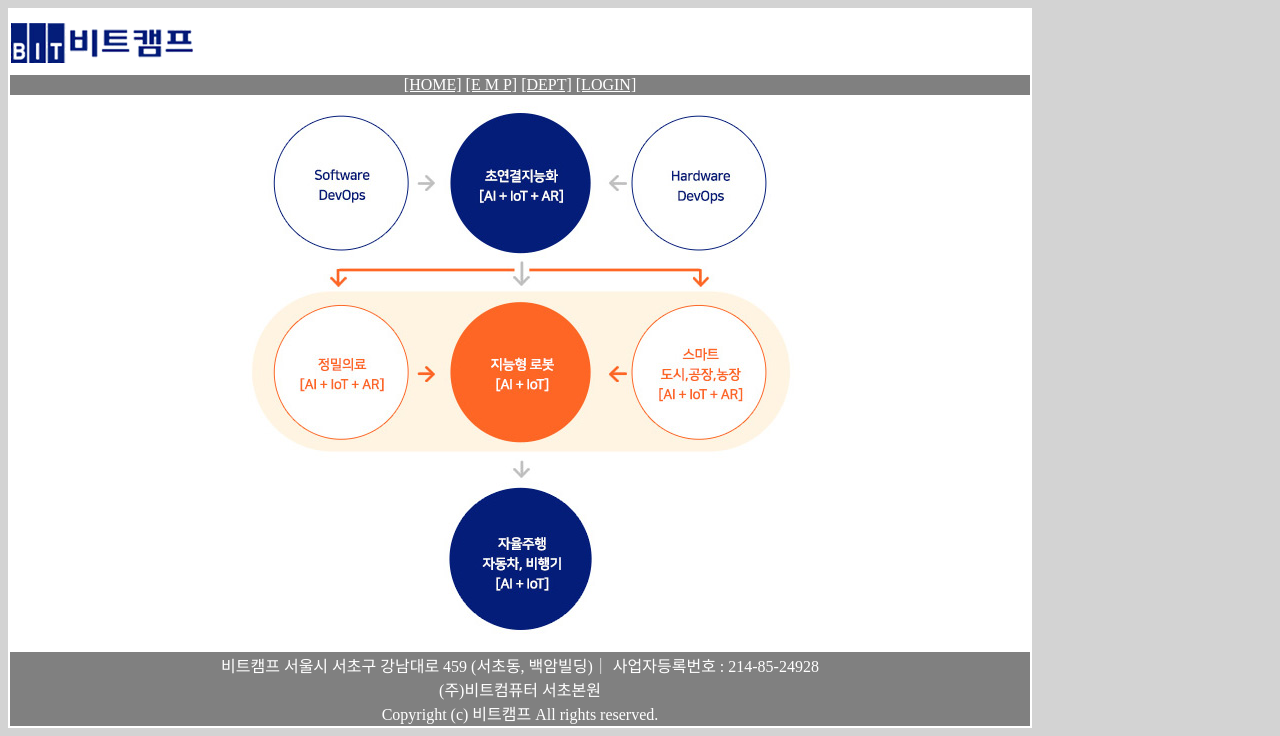
Repository: Deepsky110/LectureNotes
Page: http://localhost/web05/
An editor plug-in stored every save of this project. The page is shown before and after the next save, followed by the edit.
The browser window is 1280 px wide. The pictures show the whole page.
The page is served by Tomcat 9.

Above is the page before, as saved 2020-07-03 01:09:41.

### web05/WebContent/index.jsp
<%@ page language="java" contentType="text/html; charset=EUC-KR"
    pageEncoding="EUC-KR"%>
<!DOCTYPE html PUBLIC "-//W3C//DTD HTML 4.01 Transitional//EN" "http://www.w3.org/TR/html4/loose.dtd">
<html>
<head>
<meta http-equiv="Content-Type" content="text/html; charset=EUC-KR">
<title>Insert title here</title>
</head>
<body bgcolor="lightgray">
	<table width="1024" align="center:" bgcolor="white">
		<tr>
			<td>
			<img src="img/logo.png">
			</td>
		</tr>
		<tr>
			<td align="center" bgcolor="gray">
				<font color="white">
				<a href="index.jps" style="color:white;">[HOME]</a>
				<a href="emp/list.jsp" style="color:white;">[E M P]</a>
				<a href="dept/list.jsp" style="color:white;">[DEPT]</a>
				<a href="login/form.jsp" style="color:white;">[LOGIN]</a>
				</font>
			</td>
		</tr>
		<tr>
			<td align="center">
				<!-- cotent start -->
				<img alt="" src="img/img01.jpg">
				<!-- cotent end -->
			</td>
		</tr>
		<tr>
			<td bgcolor="gray" align="center">
				<font color="white">
				비트캠프 서울시 서초구 강남대로 459 (서초동, 백암빌딩)｜ 사업자등록번호 : 214-85-24928<br>
				(주)비트컴퓨터 서초본원<br>
				Copyright (c) 비트캠프 All rights reserved.<br>
				</font>
			</td>
		</tr>
	</table>
</body>
</html>

After the next save:
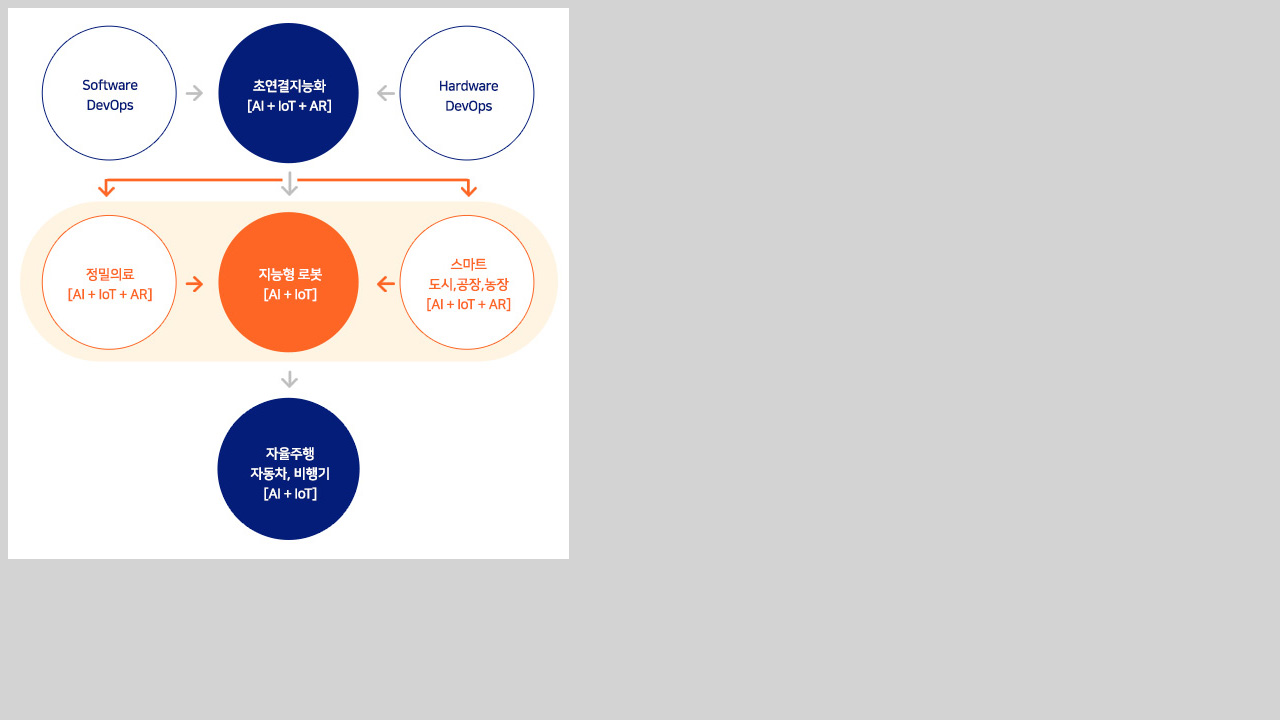
Saved 2 min 15 s later.
--- a/web05/WebContent/index.jsp
+++ b/web05/WebContent/index.jsp
@@ -7,38 +7,7 @@
 <title>Insert title here</title>
 </head>
 <body bgcolor="lightgray">
-	<table width="1024" align="center:" bgcolor="white">
-		<tr>
-			<td>
-			<img src="img/logo.png">
-			</td>
-		</tr>
-		<tr>
-			<td align="center" bgcolor="gray">
-				<font color="white">
-				<a href="index.jps" style="color:white;">[HOME]</a>
-				<a href="emp/list.jsp" style="color:white;">[E M P]</a>
-				<a href="dept/list.jsp" style="color:white;">[DEPT]</a>
-				<a href="login/form.jsp" style="color:white;">[LOGIN]</a>
-				</font>
-			</td>
-		</tr>
-		<tr>
-			<td align="center">
-				<!-- cotent start -->
 				<img alt="" src="img/img01.jpg">
-				<!-- cotent end -->
-			</td>
-		</tr>
-		<tr>
-			<td bgcolor="gray" align="center">
-				<font color="white">
-				비트캠프 서울시 서초구 강남대로 459 (서초동, 백암빌딩)｜ 사업자등록번호 : 214-85-24928<br>
-				(주)비트컴퓨터 서초본원<br>
-				Copyright (c) 비트캠프 All rights reserved.<br>
-				</font>
-			</td>
-		</tr>
-	</table>
+
 </body>
 </html>
